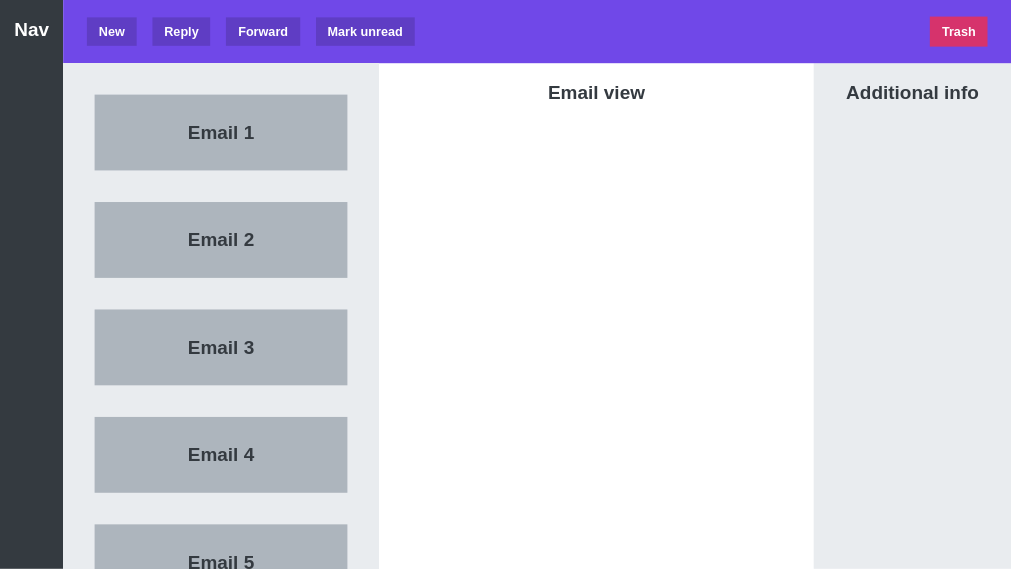
Repository: Ahmed123rezk123/06-Components
Page: app-layout.html
The author's editor kept a copy of each file at every save. The page is drawn from the files as they stood at one save, then again after the next save.
The browser window is 1280 px wide. The pictures show the whole page, at 79% of full size.

Above is the page before, as saved 2024-09-18 10:57:35.

### app-layout.html
<!DOCTYPE html>
<html lang="en">
  <head>
    <meta charset="UTF-8" />
    <meta name="viewport" content="width=device-width, initial-scale=1.0" />
    <link rel="preconnect" href="https://fonts.gstatic.com" />
    <link rel="preconnect" href="https://fonts.googleapis.com" />
    <link rel="preconnect" href="https://fonts.gstatic.com" crossorigin />
    <link
      href="https://fonts.googleapis.com/css2?family=Hanken+Grotesk:ital,wght@0,100..900;1,100..900&display=swap"
      rel="stylesheet"
    />
    <style>
      * {
        margin: 0;
        padding: 0;
        box-sizing: border-box;
      }

      body {
        font-family: sans-serif;
        /* font-family: "Hanken Grotesk", system-ui; */
        /* color: #343a40;
        background-color: #f8f9fa; */
        line-height: 1;
        display: grid;
        height: 100vh;
        grid-template-columns: 80px 400px 1fr 250px;
        grid-template-rows: 80px 1fr;
        text-align: center;
        font-size: 24px;
        font-weight: bold;
        color: #343a40;
      }
      nav,
      menu,
      section,
      main,
      aside {
        padding: 25px 0;
      }
      nav {
        background-color: #343a40;
        grid-row: 1 / -1;
        color: #fff;
      }
      menu {
        background-color: #7048e8;
        grid-column: 2 / -1;
        position: relative;
        display: flex;
        justify-content: space-between;
        align-items: center;
        padding: 0 30px;
      }
      menu ul {
        list-style: none;
        display: flex;
        align-items: center;
        gap: 20px;
      }
      menu ul li {
        color: #fff;
        background-color: #5f3dc4;
        padding: 10px 15px;
        /* border-radius: 5px; */
        cursor: pointer;
        font-size: 16px;
      }
      menu .btn {
        padding: 10px 15px;
        color: #fff;
        background-color: #d6336c;
        border: none;
        font-weight: bold;
        font-size: 16px;
        cursor: pointer;
      }
      section {
        background-color: #e9ecef;
        padding: 40px;
        display: flex;
        flex-direction: column;
        gap: 40px;
        overflow: scroll;
      }
      section div {
        display: flex;
        justify-content: center;
        align-items: center;
        background-color: #adb5bd;
        height: 96px;
        flex-shrink: 0;
      }
      aside {
        background-color: #e9ecef;
      }
    </style>
    <title>App</title>
  </head>
  <body>
    <nav>Nav</nav>
    <menu>
      <ul>
        <li>New</li>
        <li>Reply</li>
        <li>Forward</li>
        <li>Mark unread</li>
      </ul>
      <button class="btn">Trash</button>
    </menu>
    <section>
      <div>Email 1</div>
      <div>Email 2</div>
      <div>Email 3</div>
      <div>Email 4</div>
      <div>Email 5</div>
      <div>Email 6</div>
      <div>Email 7</div>
      <div>Email 8</div>
      <div>Email 9</div>
      <div>Email 10</div>
    </section>
    <main>Email view</main>
    <aside>Additional info</aside>
  </body>
</html>

After the next save:
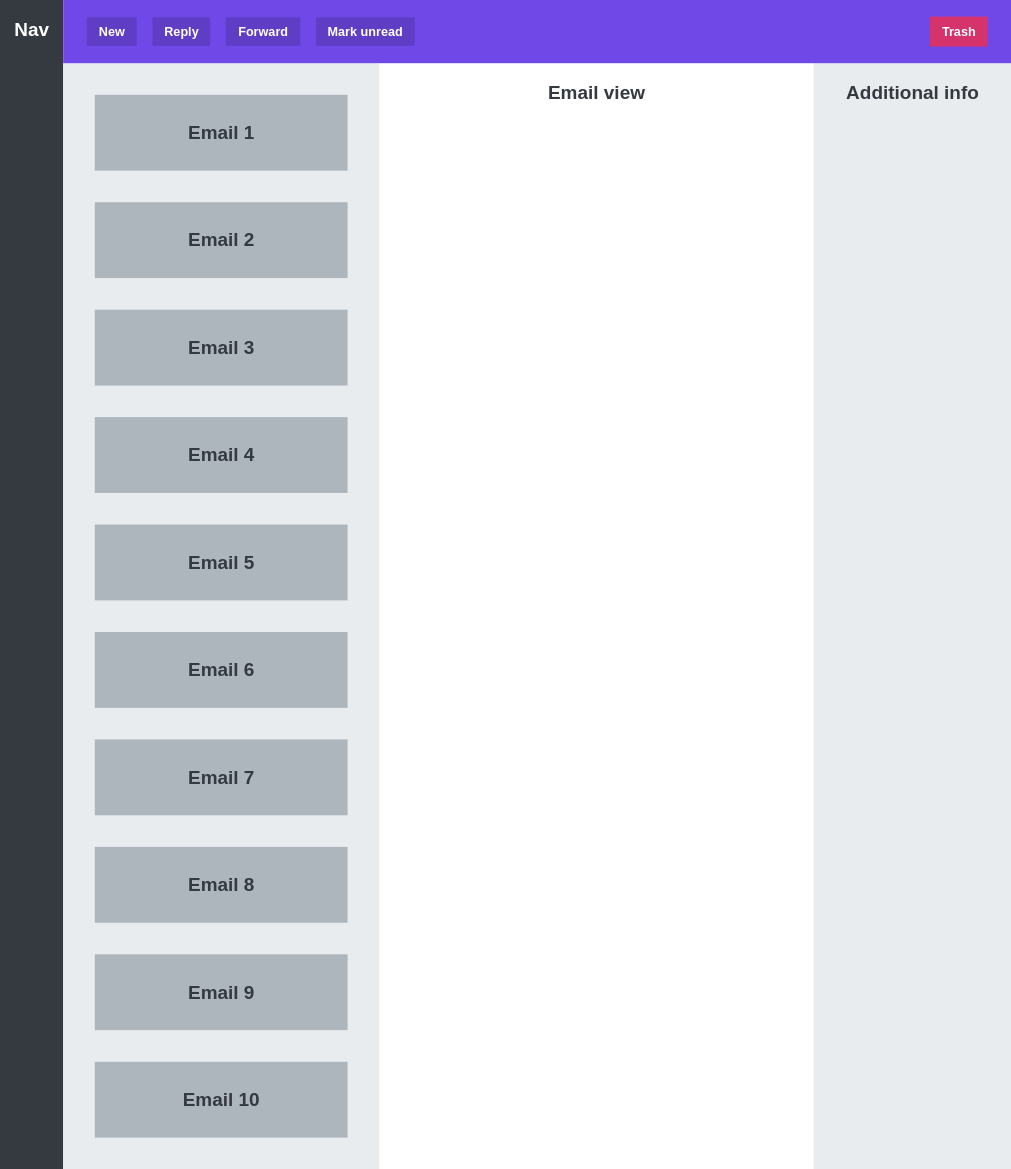
Saved 20 s later.
--- a/app-layout.html
+++ b/app-layout.html
@@ -82,7 +82,8 @@
         display: flex;
         flex-direction: column;
         gap: 40px;
-        overflow: scroll;
+        /* overflow: scroll; */
+        overflow: visible;
       }
       section div {
         display: flex;

After the save that followed:
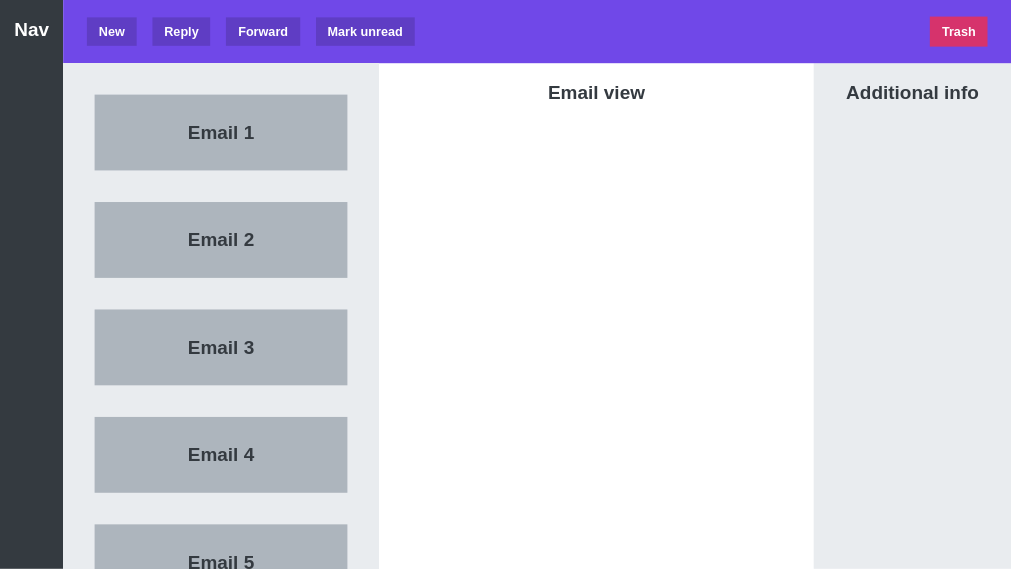
Saved 14 s later.
--- a/app-layout.html
+++ b/app-layout.html
@@ -83,7 +83,7 @@
         flex-direction: column;
         gap: 40px;
         /* overflow: scroll; */
-        overflow: visible;
+        overflow: auto;
       }
       section div {
         display: flex;
